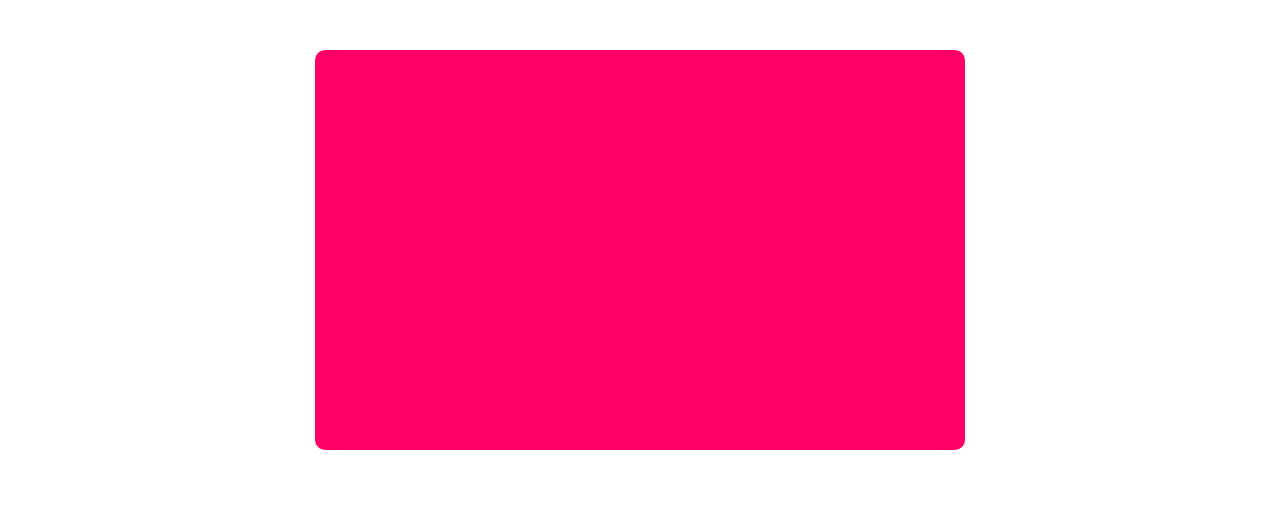
Repository: Zolds403/pokedex
Page: /
The author's editor kept a copy of each file at every save. The page is drawn from the files as they stood at one save, then again after the next save.
The browser window is 1280 px wide. The pictures show the whole page.
The project was rebuilt for these pictures with package versions that can differ from the ones it lists, and the page was loaded fresh each time.

Above is the page before, as saved 2021-06-29 13:46:32.

### src/index.js
//jshint esversion: 6
import React from 'react';
import ReactDOM from 'react-dom';
import './index.css';
import App from './components/App';
//import registerServiceWorker from './registerServiceWorker';

ReactDOM.render(<App />, document.getElementById('root'));
//registerServiceWorker();

### src/index.css
* {
  box-sizing: border-box;
}

body {
  margin: 0;
  padding: 0;
  font-family: 'Avenir Next', sans-serif;
}

h1,
h2,
h3,
h4,
p {
  margin: 0;
}

### src/components/App.js
import React, { Component } from 'react';
import './styles/App.css';

class App extends Component {
  constructor() {
    super();
    this.state = {};
  }
  render() {
    return (
      <div className="App">

      </div>
    );
  }
}

export default App;

### src/components/styles/App.css
.App {
    display: flex;
    align-items: center;
    justify-content: center;
    width: 650px;
    height: 400px;
    padding-left: 10px;
    margin: 50px auto;
    background-color: #FE0065;
    border-radius: 10px;
    box-shadow: 0 14px 45px rbga(0, 0, 0, 0.22), 0 18px 46px rgba(0, 0, 0, 0.22);
}

Loaded but not shown: public/index.html (common file)

After the next save:
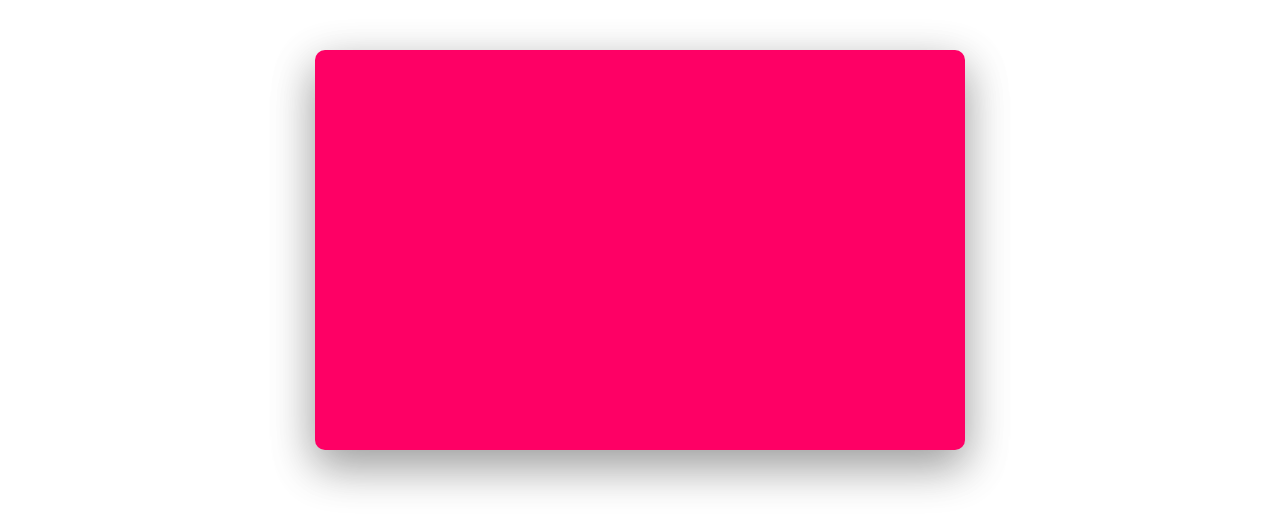
Saved 7 s later.
--- a/src/components/styles/App.css
+++ b/src/components/styles/App.css
@@ -8,5 +8,5 @@
     margin: 50px auto;
     background-color: #FE0065;
     border-radius: 10px;
-    box-shadow: 0 14px 45px rbga(0, 0, 0, 0.22), 0 18px 46px rgba(0, 0, 0, 0.22);
+    box-shadow: 0 14px 45px rgba(0, 0, 0, 0.22), 0 18px 46px rgba(0, 0, 0, 0.22);
 }
